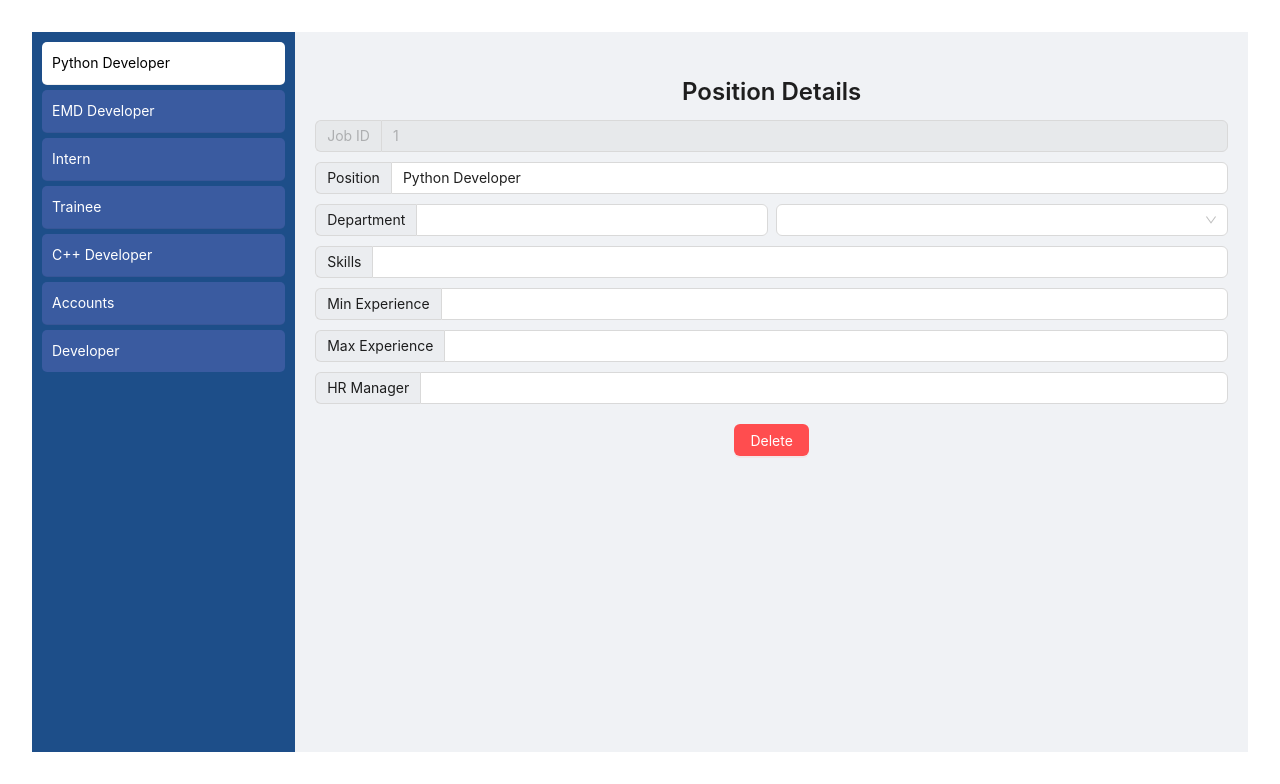
Repository: Moqueed/Delta_Iot
Page: /admin-dashboard/active-positions (app in client/), after clicking the first element matching `li.ant-list-item`
The author's editor kept a copy of each file at every save. The page is drawn from the files as they stood at one save, then again after the next save.
The browser window is 1280 px wide. The pictures show the whole page.
The project was rebuilt for these pictures with package versions that can differ from the ones it lists, and the page was loaded fresh each time. Also part of the build but not shown: client/vite.config.js, client/src/api/users.js, client/src/pages/Register/index.jsx, client/src/pages/Login/index.jsx, client/src/components/ProtectedRoute.jsx, client/src/pages/HR/HRDashboard.jsx, client/src/pages/Admin/AdminDashboard.jsx, client/src/pages/HR/TotalDataPage.jsx.

Above is the page before, as saved 2025-03-14 14:41:17.

### client/src/App.jsx
import { Route, Routes } from "react-router-dom";
import "./App.css";
import RegisterPage from "./pages/Register";
import LoginPage from "./pages/Login";
import ProtectedRoute from "./components/ProtectedRoute";
import HRDashboard from "./pages/HR/HRDashboard";
import AdminDashboard from "./pages/Admin/AdminDashboard";
import TotalDataPage from "./pages/HR/TotalDataPage";
import ActivePositions from "./pages/Admin/ActivePositions";

function App() {
  return (
    <>
      <Routes>
        <Route path="/register" element={<RegisterPage />} />
        <Route path="/login" element={<LoginPage />} />
        <Route
          path="/hr-dashboard"
          element={
            <ProtectedRoute role="HR">
              <HRDashboard />
            </ProtectedRoute>
          }
        />
        <Route
          path="/admin-dashboard"
          element={
            <ProtectedRoute role="Admin">
              <AdminDashboard />
            </ProtectedRoute>
          }
        />
        <Route path="*" element={<LoginPage />} />
        <Route path="/total-data" element={<TotalDataPage/>}/>
        <Route path="/admin-dashboard/active-positions" element={<ActivePositions/>}/>
      </Routes>
    </>
  );
}

export default App;

### client/src/pages/Admin/ActivePositions.jsx
import React, { useEffect, useState } from "react";
import { deletePosition, fetchPositions } from "../../api/activePositions";
import { Button, Input, Typography, List, Select, Row, Col } from "antd";

const { Title } = Typography;
const { Option } = Select;

const ActivePositions = () => {
  const [positions, setPositions] = useState([
    { job_id: 1, position: "Python Developer" },
    { job_id: 2, position: "EMD Developer" },
    { job_id: 3, position: "Intern" },
    { job_id: 4, position: "Trainee" },
    { job_id: 5, position: "C++ Developer" },
    { job_id: 6, position: "Accounts" },
    { job_id: 7, position: "Developer" },
  ]);
  const [selectedPosition, setSelectedPosition] = useState(null);

  const handleDelete = async (id) => {
    try {
      await deletePosition(id);
      setPositions(positions.filter((pos) => pos.job_id !== id));
      setSelectedPosition(null);
    } catch (error) {
      console.error("Error deleting position", error);
    }
  };

  return (
    <div style={{ display: "flex", height: "100vh" }}>
      {/* Left side: Positions list */}
      <div style={{ width: "20%", backgroundColor: "#1D4E89", padding: "10px" }}>
        <List
          dataSource={positions}
          renderItem={(item) => (
            <List.Item
              style={{
                backgroundColor: selectedPosition === item ? "#ffffff" : "#3a5ba0",
                color: selectedPosition === item ? "#000" : "#ffffff",
                padding: "10px",
                cursor: "pointer",
                marginBottom: "5px",
                borderRadius: "5px",
              }}
              onClick={() => setSelectedPosition(item)}
            >
              {item.position}
            </List.Item>
          )}
        />
      </div>

      {/* Right side: Position details form */}
      <div style={{ flex: 1, padding: "20px", backgroundColor: "#f0f2f5" }}>
        {selectedPosition ? (
          <>
            <Title level={3}>Position Details</Title>
            <Input addonBefore="Job ID" value={selectedPosition.job_id} disabled style={{ marginBottom: "10px" }} />
            <Input addonBefore="Position" value={selectedPosition.position} style={{ marginBottom: "10px" }} />
            <Row gutter={8} style={{ marginBottom: "10px" }}>
              <Col span={12}>
                <Input addonBefore="Department" value={selectedPosition.department} readOnly />
              </Col>
              <Col span={12}>
                <Select
                  style={{ width: "100%" }}
                  value={selectedPosition.department}
                  onChange={(value) => setSelectedPosition({ ...selectedPosition, department: value })}
                >
                  <Option value="IT">IT</Option>
                  <Option value="EMDB">EMDB</Option>
                  <Option value="HIGH">HIGH</Option>
                  <Option value="Financial">Financial</Option>
                  <Option value="Python">Python</Option>
                </Select>
              </Col>
            </Row>
            <Input addonBefore="Skills" value={selectedPosition.skills} style={{ marginBottom: "10px" }} />
            <Input addonBefore="Min Experience" value={selectedPosition.minimum_experience} style={{ marginBottom: "10px" }} />
            <Input addonBefore="Max Experience" value={selectedPosition.maximum_experience} style={{ marginBottom: "10px" }} />
            <Input addonBefore="HR Manager" value={selectedPosition.manager} style={{ marginBottom: "10px" }} />
            <Button type="primary" danger onClick={() => handleDelete(selectedPosition.job_id)} style={{ marginTop: "10px" }}>
              Delete
            </Button>
          </>
        ) : (
          <Title level={4}>Select a position to view details</Title>
        )}
      </div>
    </div>
  );
};

export default ActivePositions;

### client/src/api/activePositions.js
import axiosInstance from ".";

// Fetch all active positions
export const fetchPositions = async () => {
  try {
    const response = await axiosInstance.get("/api/positions");
    return response.data;
  } catch (error) {
    console.error("Error fetching positions:", error);
    throw error;
  }
};

// Create a new active position
export const createPosition = async (data) => {
  try {
    const response = await axiosInstance.post("/api/positions", data);
    return response.data;
  } catch (error) {
    console.error("Error creating position:", error);
    throw error;
  }
};

// Update an existing active position
export const updatePosition = async (id, data) => {
  try {
    const response = await axiosInstance.put(`/api/positions/${id}`, data);
    return response.data;
  } catch (error) {
    console.error("Error updating position:", error);
    throw error;
  }
};

// Delete an active position
export const deletePosition = async (id) => {
  try {
    const response = await axiosInstance.delete(`/api/positions/${id}`);
    return response.data;
  } catch (error) {
    console.error("Error deleting position:", error);
    throw error;
  }
};

### client/src/api/index.js
import axios from "axios";

const axiosInstance = axios.create({
  baseURL: "http://localhost:5000",
  headers: { "Content-Type": "application/json" },
});

// ✅ Add token to headers if available
axiosInstance.interceptors.request.use((config) => {
  const token = localStorage.getItem("token");
  if (token) config.headers.Authorization = `Bearer ${token}`;
  return config;
},
function (error) {
    return Promise.reject(error);
  }
);

export default axiosInstance;

Loaded but not shown: client/index.html (common file); client/src/main.jsx (common file); client/src/index.css (common file); client/src/App.css (common file)

After the next save:
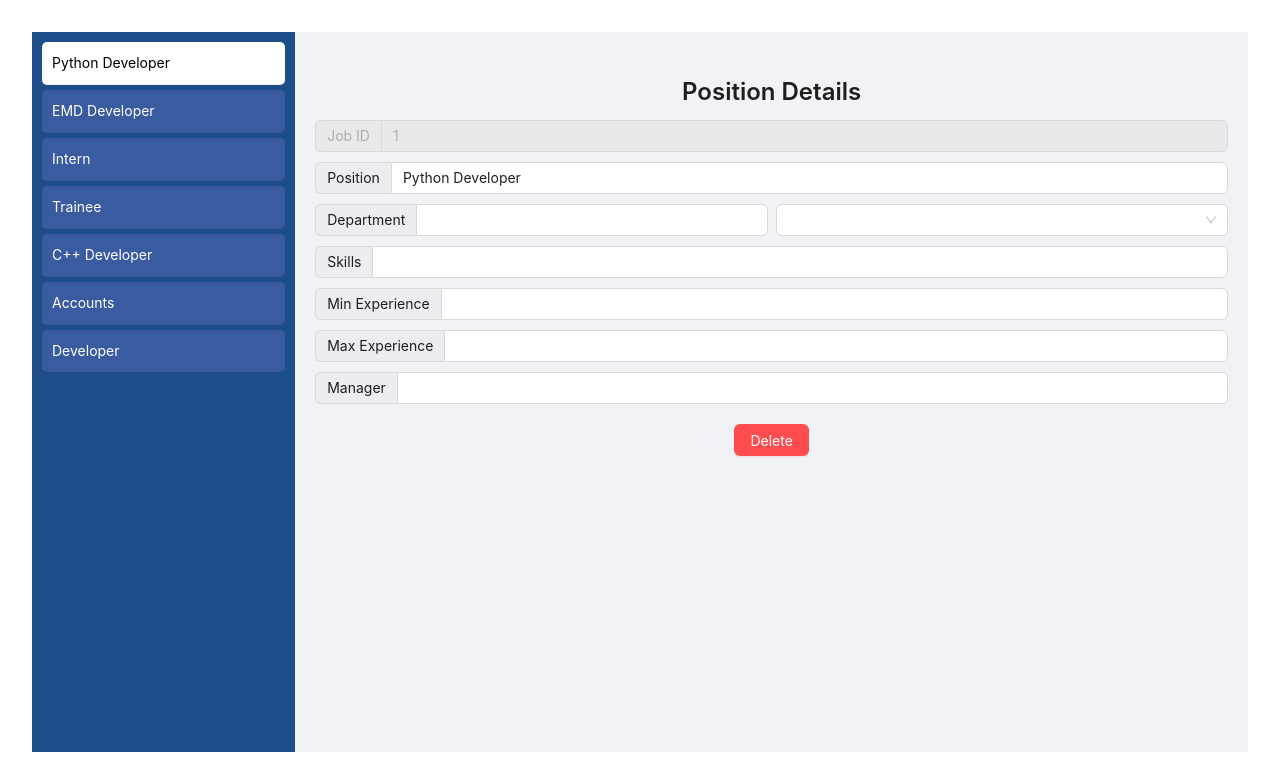
Saved 2 min 6 s later.
--- a/client/src/pages/Admin/ActivePositions.jsx
+++ b/client/src/pages/Admin/ActivePositions.jsx
@@ -79,7 +79,7 @@ const ActivePositions = () => {
             <Input addonBefore="Skills" value={selectedPosition.skills} style={{ marginBottom: "10px" }} />
             <Input addonBefore="Min Experience" value={selectedPosition.minimum_experience} style={{ marginBottom: "10px" }} />
             <Input addonBefore="Max Experience" value={selectedPosition.maximum_experience} style={{ marginBottom: "10px" }} />
-            <Input addonBefore="HR Manager" value={selectedPosition.manager} style={{ marginBottom: "10px" }} />
+            <Input addonBefore="Manager" value={selectedPosition.manager} style={{ marginBottom: "10px" }} />
             <Button type="primary" danger onClick={() => handleDelete(selectedPosition.job_id)} style={{ marginTop: "10px" }}>
               Delete
             </Button>
